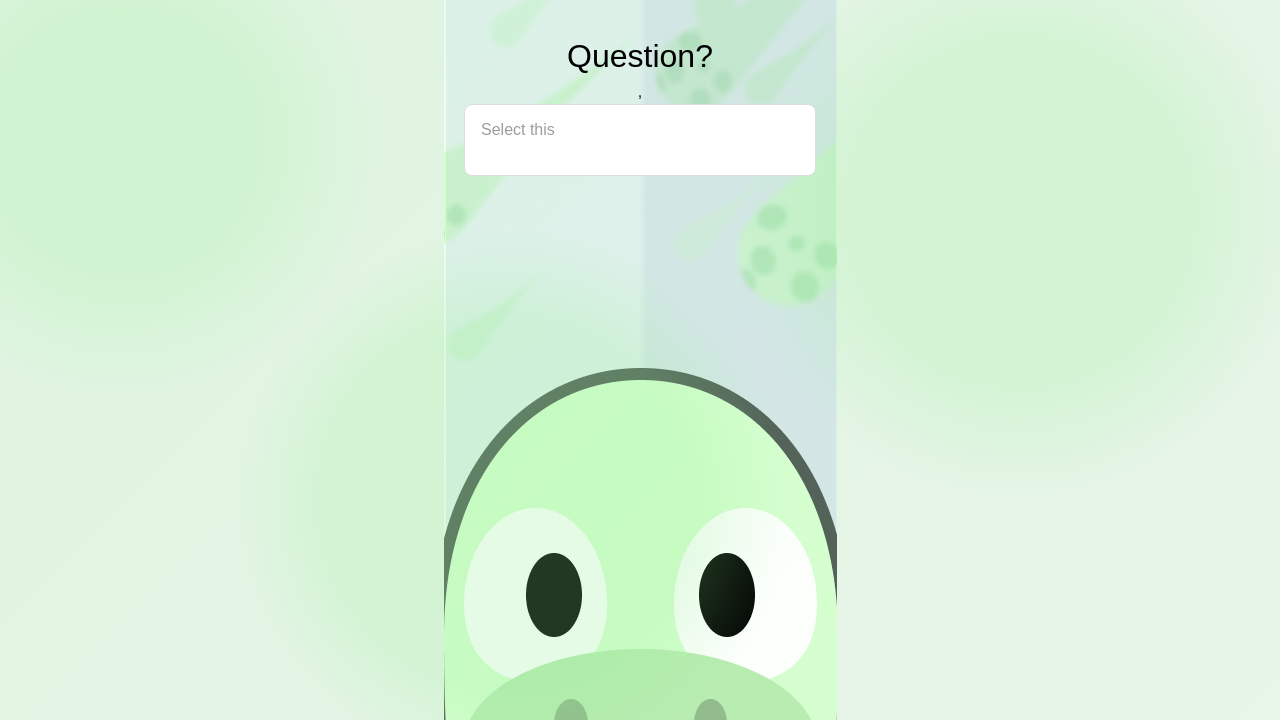
Repository: 0usernamee/dino-code
Page: /age (app in dino-code/)
An editor plug-in stored every save of this project. The page is shown before and after the next save, followed by the edit.
The browser window is 1280 px wide. The pictures show the whole page.
The project was rebuilt for these pictures with package versions that can differ from the ones it lists, and the page was loaded fresh each time. The framework's server and built-in components were replaced by stand-ins that run in the browser. Also part of the build but not shown: dino-code/next.config.mjs.

Above is the page before, as saved 2025-05-06 12:46:23.

After the next save:
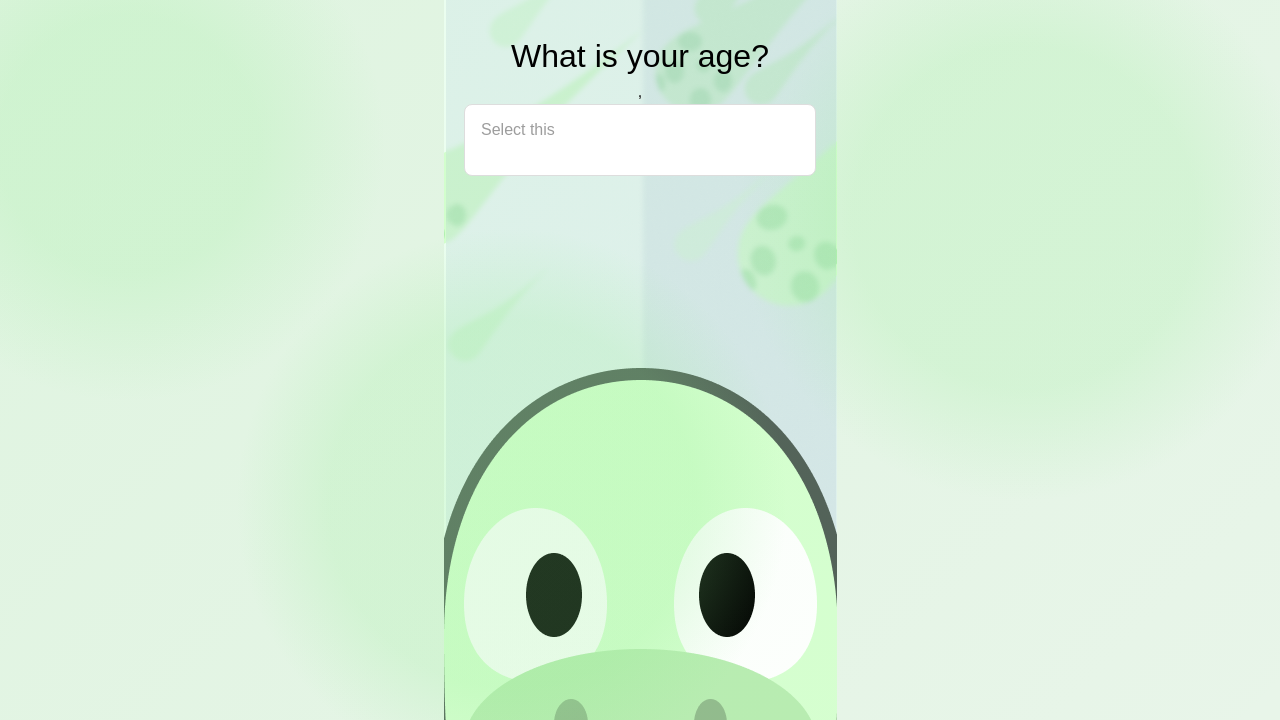
Saved 38 s later.
--- a/dino-code/app/age/page.js
+++ b/dino-code/app/age/page.js
@@ -1,19 +1,19 @@
 import SelectionButton from "../components/selectionButton";
 import styles from "@/app/age/page.module.css";
-import { useRouter } from "next/router";
+// import { useRouter } from "next/router";
 
 export default function Age() {
-    const router = useRouter();
+    // const router = useRouter();
 
-    const handleSelection = (selection) => {
-        router.push(`/age`);
-    };
+    // const handleSelection = (selection) => {
+    //     router.push(`/age`);
+    // };
 
     return (
         <>
             <div className={styles.container}>
                 <div className={styles.main}>
-                    <h1 className={styles.question}>Question?</h1>
+                    <h1 className={styles.question}>What is your age?</h1>
                     <SelectionButton selectionText='Select this' />
                 </div>
             </div>
